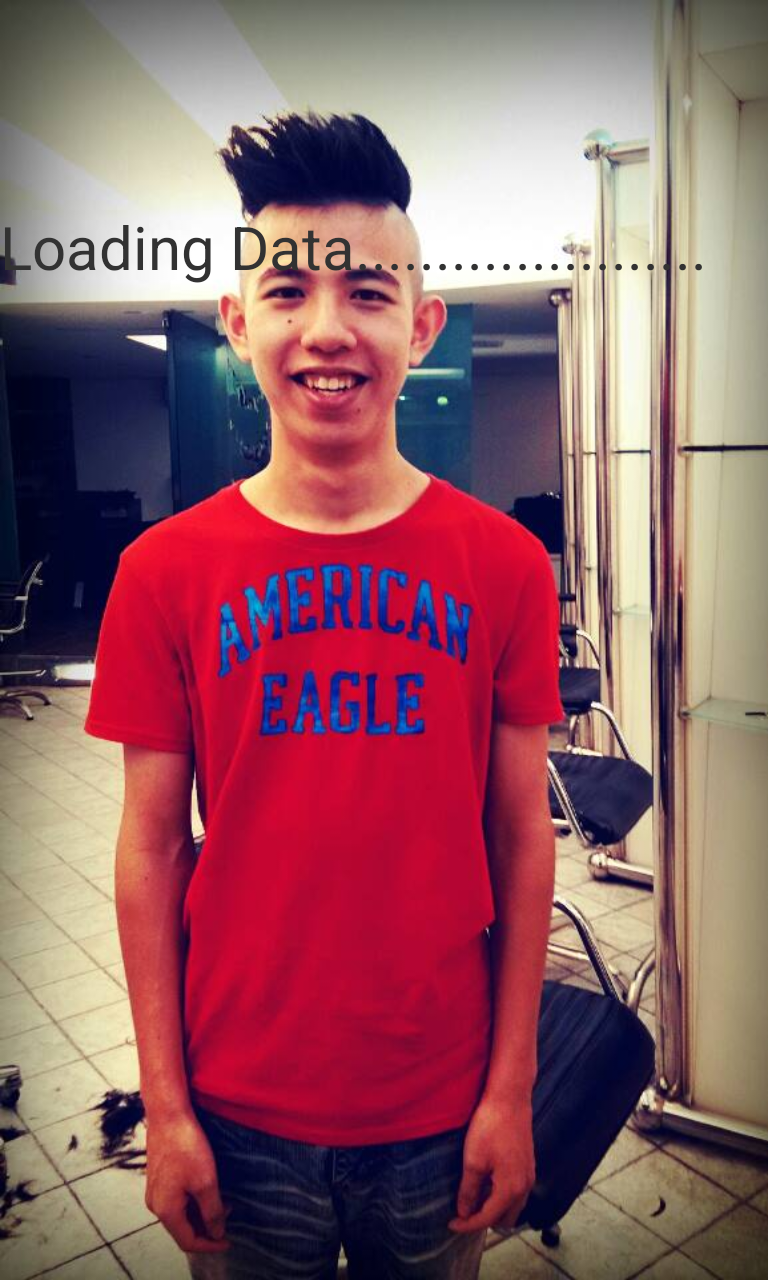
Repository: gt212345/p4p-android
Layout: p4p-android/res/layout/activity_welcome.xml
These files come from the project's save history. The layout is drawn as it stood at one moment and after the next save; the edit follows.
It is drawn on a 768 x 1280 px phone screen (xhdpi) without system bars, with theme AppTheme; the app's code is not run.

Above is the layout before, as saved 2014-05-24 11:40:06.

### p4p-android/res/layout/activity_welcome.xml
<?xml version="1.0" encoding="utf-8"?>
<RelativeLayout xmlns:android="http://schemas.android.com/apk/res/android"
    android:layout_width="match_parent"
    android:layout_height="match_parent"
    android:background="@drawable/welcome"
    android:orientation="vertical" >

    <TextView
        android:id="@+id/textView1"
        android:layout_width="wrap_content"
        android:layout_height="wrap_content"
        android:layout_alignParentLeft="true"
        android:layout_alignParentRight="true"
        android:layout_alignParentTop="true"
        android:layout_marginTop="103dp"
        android:textSize="30dp"
        android:text="Loading Data......................" />

</RelativeLayout>

Loaded but not shown: p4p-android/res/values/styles.xml (common file); p4p-android/res/values-v11/styles.xml (common file); p4p-android/res/values-v14/styles.xml (common file)

After the next save:
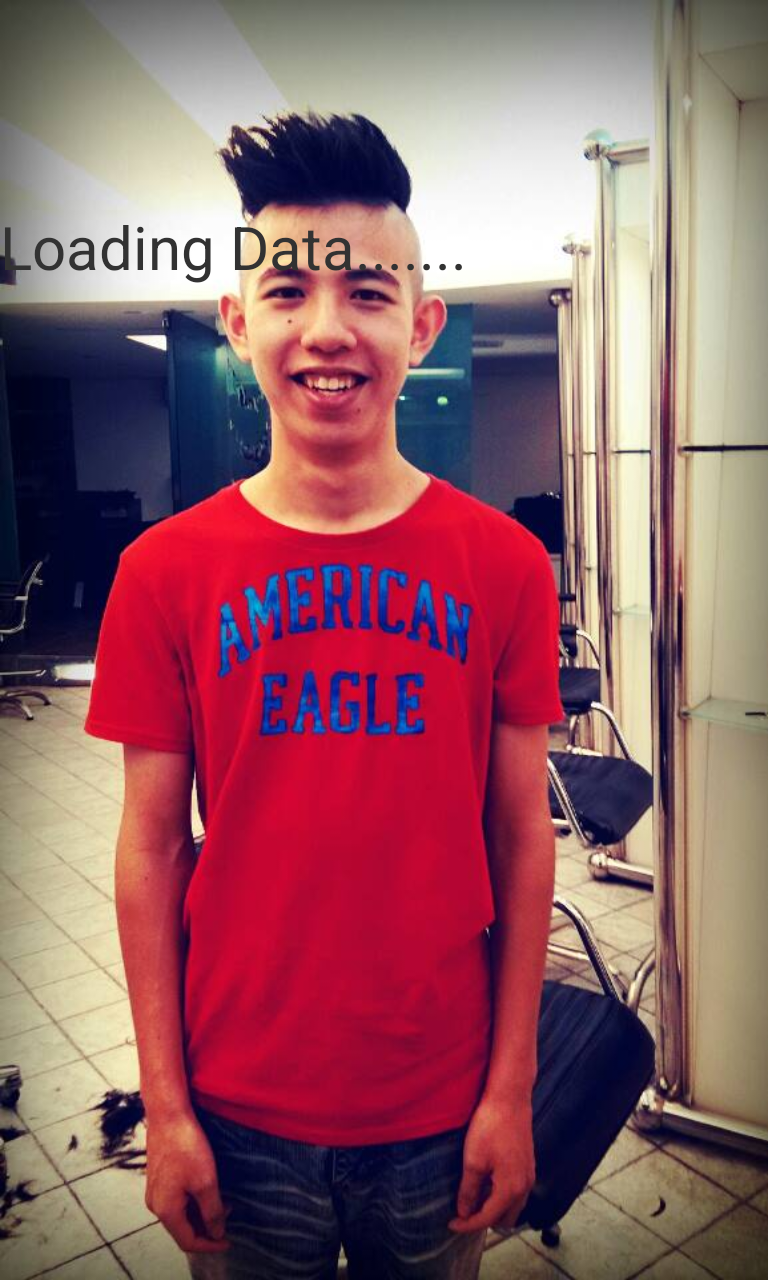
Saved 8 s later.
--- a/p4p-android/res/layout/activity_welcome.xml
+++ b/p4p-android/res/layout/activity_welcome.xml
@@ -14,6 +14,6 @@
         android:layout_alignParentTop="true"
         android:layout_marginTop="103dp"
         android:textSize="30dp"
-        android:text="Loading Data......................" />
+        android:text="Loading Data......." />
 
 </RelativeLayout>
